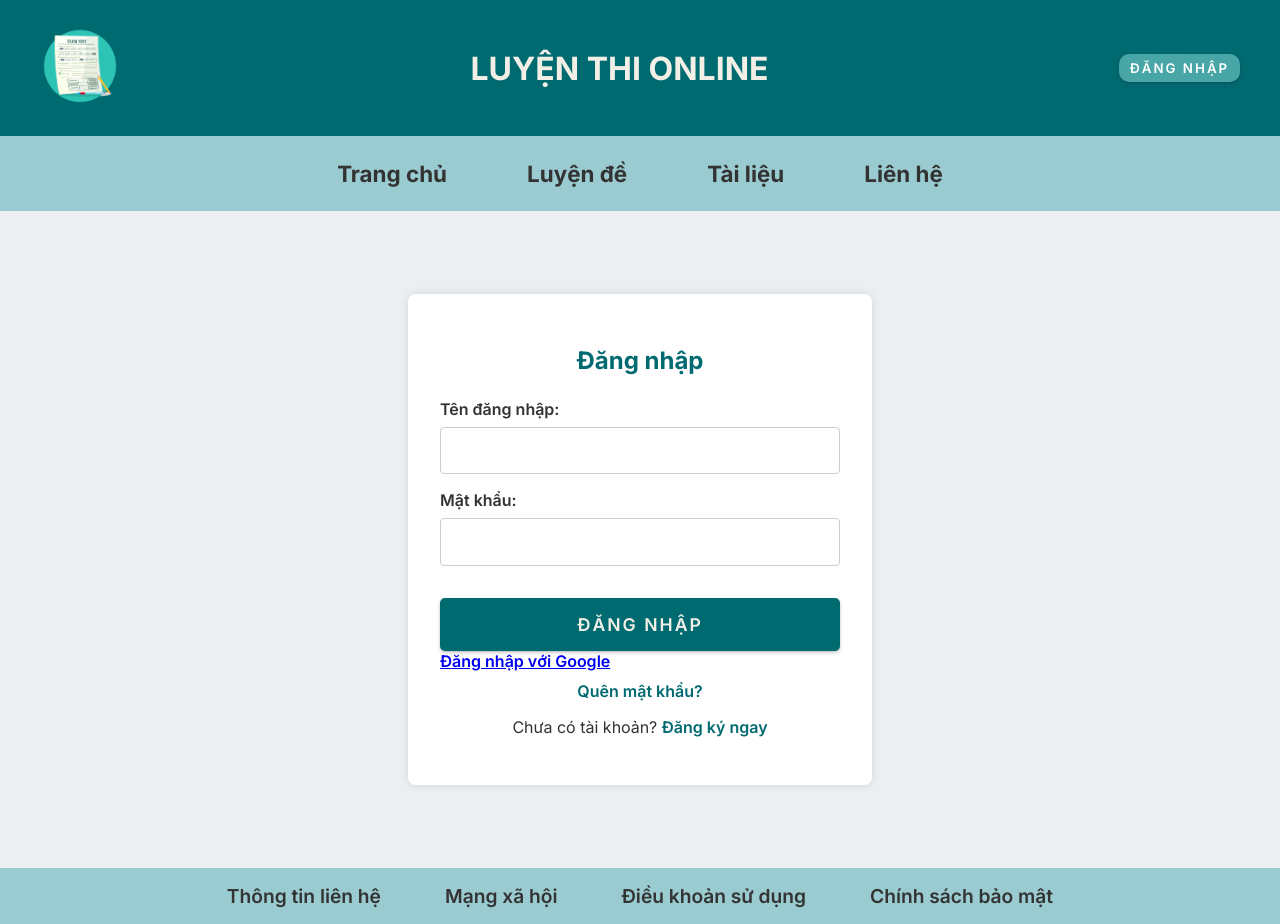
Repository: trgiangday/LapTrinhWeb
Page: http://localhost/login
An editor plug-in stored every save of this project. The page is shown before and after the next save, followed by the edit.
The browser window is 1280 px wide. The pictures show the whole page.
Some web fonts or font styles are not loaded; a fallback is used. The page is served by the project's application, run on Flask 3 (py/main.py). Other server files are loaded and not shown.

Above is the page before, as saved 2025-05-15 15:26:51.

### templates/login.html
<!DOCTYPE html>
<html lang="en">
<head>
    <meta charset="UTF-8">
    <meta name="viewport" content="width=device-width, initial-scale=1.0">
    <title>ĐĂNG NHẬP - LUYỆN THI ONLINE</title>
    <link rel="preconnect" href="https://fonts.googleapis.com">
    <link rel="preconnect" href="https://fonts.gstatic.com" crossorigin>
    <link href="https://fonts.googleapis.com/css2?family=Anton&family=Inter:ital,opsz,wght@0,14..32,100..900;1,14..32,100..900&family=Merriweather:ital,opsz,wght@0,18..144,300..900;1,18..144,300..900&family=Raleway:ital,wght@0,100..900;1,100..900&display=swap" rel="stylesheet">
    <link rel="stylesheet" href="{{ url_for('static', filename='style.css') }}">
</head>
<body>
    <header class="header">
        <div class="header-content">
            <a href="{{ url_for('index') }}"><img src="{{ url_for('static', filename='images/logo.png') }}" alt="web_logo" class="logo"></a>
            <h1 class="inter-700 logo-title" id="logoTitle" data-url="{{ url_for('index') }}">LUYỆN THI ONLINE</h1>
            {% if session['username'] %}
            <div class="user-info" id="userInfo" data-user-url="{{ url_for('user_profile') }}">
                <img src="{{ url_for('static', filename='images/account.png') }}" alt="user_avatar" class="user-avatar">
                <span class="inter-600">{{ session['username'] }}</span>
            </div>
            {% else %}
            <button class="auth-button inter-600 btn redirect-to-auth" data-auth-url="{{ url_for('login') }}">Đăng nhập</button>
            {% endif %}
        </div>
    </header>
    <nav class="nav">
        <ul class="nav-list">
            <li><a href="{{ url_for('index') }}" class="inter-600">Trang chủ</a></li>
            <li><a href="{{ url_for('show_exams_page') }}" class="inter-600">Luyện đề</a></li>
            <li><a href="{{ url_for('document') }}" class="inter-600">Tài liệu</a></li>
            <li><a href="{{ url_for('contact') }}" class="inter-600">Liên hệ</a></li>
        </ul>
    </nav>
    <main class="main main-login">
        <div class="login-container">
            <h2 class="inter-700 login-title">Đăng nhập</h2>
            {% if error %}
            <p class="error">{{ error }}</p>
            {% endif %}
            <form class="login-form" method="post" action="{{ url_for('login') }}">
                <div class="form-group">
                    <label for="username" class="inter-600">Tên đăng nhập:</label>
                    <input type="text" id="username" name="username" class="inter-400 login-input" required>
                </div>
                <div class="form-group">
                    <label for="password" class="inter-600">Mật khẩu:</label>
                    <input type="password" id="password" name="password" class="inter-400 login-input" required>
                </div>
                <button type="submit" class="login-button inter-600 btn login-submit-button">Đăng nhập</button>
            </form>
            <!-- Thêm nút Đăng nhập với Google -->
            <a href="{{ url_for('login_google') }}" class="google-login-button inter-600">Đăng nhập với Google</a>
            <!-- Căn giữa và đồng bộ màu chữ "Quên mật khẩu?" -->
            <p class="forgot-password-link inter-400"><a href="{{ url_for('forgot_password') }}" class="inter-600">Quên mật khẩu?</a></p>
            <p class="inter-400 signup-link">Chưa có tài khoản? <a href="{{ url_for('signup') }}" class="inter-600">Đăng ký ngay</a></p>
        </div>
    </main>
    <footer class="footer">
        <ul class="footer-list">
            <li><a href="{{ url_for('contact') }}" class="inter-600">Thông tin liên hệ</a></li>
            <li><a href="" class="inter-600">Mạng xã hội</a></li>
            <li><a href="" class="inter-600">Điều khoản sử dụng</a></li>
            <li><a href="" class="inter-600">Chính sách bảo mật</a></li>
        </ul>
    </footer>
    <script src="{{ url_for('static', filename='main.js') }}"></script>
</body>
</html>

### static/style.css
html {
    font-size: 16px;
    background-color: #eceff1;
}

body {
    font-family: 'Arial', sans-serif;
    margin: 0;
    padding: 0;
    color: #333;
}

/* Header */
.header {
    background-color: #006A71;
    color: #F2EFE7;
    padding: 1rem 0;
}

.header-content {
    display: flex;
    align-items: center;
    max-width: 1200px;
    margin: 0 auto;
    justify-content: space-between; /* Đẩy logo sang trái và phần tử bên phải sang phải */
    padding: 10px 20px; /* Thêm padding cho đẹp mắt */
}

.logo {
    width: 80px;
    height: auto;
    justify-self: start; /* Căn logo về bên trái */
}

.inter-700 {
    justify-self: center; /* Căn tiêu đề vào giữa */
}

.auth-button {
    background-color: #48A6A7;
    color: #F2EFE7;
    border: none;
    border-radius: 5px;
    padding: 0.25rem 0.55rem !important;
    cursor: pointer;
    justify-self: end; /* Căn button về bên phải */
}

/* Nav */
.nav {
    background-color: #9ACBD0;
    padding: 1.5rem 0;
}

.nav-list {
    list-style: none;
    display: flex;
    justify-content: center;
    margin: 0;
    padding: 0;
}

.nav-list li {
    margin: 0 2.5rem;
}

.nav-list a {
    text-decoration: none;
    color: #333;
    font-size: 1.4rem;
    font-weight: 700;
}

.nav-list a:hover{
    color: #006A71;
}

/* Main */
.main {
    max-width: 1200px;
    margin: 2rem auto;
    padding: 0 1rem;
}

.banner {
    position: relative;
}

.banner img {
    width: 100%;
    height: auto;
}

.banner-content {
    position: absolute;
    top: 60%;
    left: 25%;
    transform: translate(-50%, -50%);
    text-align: center;
    color: #F2EFE7;
    width: 100%;
}

.banner-title {
    font-size: 2.5rem;
    margin-bottom: 1rem;
    color: #006A71;
}

.banner-description {
    font-size: 1rem;
    margin-bottom: 2rem;
    max-width: 40%;
    color: #006A71;
    margin: 0 auto 2rem;
}

.start-button {
    background-color: #006A71;
    color: #F2EFE7;
    border: none;
    padding: 1rem 2rem;
    font-size: 1.2rem;
    border-radius: 5px;
    cursor: pointer;
    position: absolute;
    top: 80%;
    left: 25%;
    transform: translateX(-50%);
}

.intro {
    text-align: left;
    margin-top: 2rem;
}

.intro h2 {
    text-align: center;
}

.explore-button {
    background-color: #006A71;
    color: #F2EFE7;
    border: none;
    padding: 1rem 2rem;
    font-size: 1.2rem;
    border-radius: 5px;
    cursor: pointer;
    margin: 2rem auto 0;
    display: block;
}

/* Footer */
.footer {
    background-color: #9ACBD0;
    padding: 1rem 0;
}

.footer-list {
    list-style: none;
    display: flex;
    justify-content: center;
    margin: 0;
    padding: 0;
}

.footer-list li {
    margin: 0 2rem;
}

.footer-list a {
    text-decoration: none;
    color: #333;
    font-size: 1.2rem;
    font-weight: 600;
}

/* Font Classes */
.anton-regular {
    font-family: "Anton", sans-serif;
    font-weight: 400;
    font-style: normal;
}

.inter-100 { font-family: "Inter", sans-serif; font-optical-sizing: auto; font-weight: 100; font-style: normal; }
.inter-200 { font-family: "Inter", sans-serif; font-optical-sizing: auto; font-weight: 200; font-style: normal; }
.inter-300 { font-family: "Inter", sans-serif; font-optical-sizing: auto; font-weight: 300; font-style: normal; }
.inter-400 { font-family: "Inter", sans-serif; font-optical-sizing: auto; font-weight: 400; font-style: normal; }
.inter-500 { font-family: "Inter", sans-serif; font-optical-sizing: auto; font-weight: 500; font-style: normal; }
.inter-600 { font-family: "Inter", sans-serif; font-optical-sizing: auto; font-weight: 600; font-style: normal; }
.inter-700 { font-family: "Inter", sans-serif; font-optical-sizing: auto; font-weight: 700; font-style: normal; }
.inter-800 { font-family: "Inter", sans-serif; font-optical-sizing: auto; font-weight: 800; font-style: normal; }
.inter-900 { font-family: "Inter", sans-serif; font-optical-sizing: auto; font-weight: 900; font-style: normal; }

.merriweather-300 { font-family: "Merriweather", serif; font-optical-sizing: auto; font-weight: 300; font-style: normal; font-variation-settings: "wdth" 100; }
.merriweather-400 { font-family: "Merriweather", serif; font-optical-sizing: auto; font-weight: 400; font-style: normal; font-variation-settings: "wdth" 100; }
.merriweather-500 { font-family: "Merriweather", serif; font-optical-sizing: auto; font-weight: 500; font-style: normal; font-variation-settings: "wdth" 100; }
.merriweather-600 { font-family: "Merriweather", serif; font-optical-sizing: auto; font-weight: 600; font-style: normal; font-variation-settings: "wdth" 100; }
.merriweather-700 { font-family: "Merriweather", serif; font-optical-sizing: auto; font-weight: 700; font-style: normal; font-variation-settings: "wdth" 100; }
.merriweather-800 { font-family: "Merriweather", serif; font-optical-sizing: auto; font-weight: 800; font-style: normal; font-variation-settings: "wdth" 100; }
.merriweather-900 { font-family: "Merriweather", serif; font-optical-sizing: auto; font-weight: 900; font-style: normal; font-variation-settings: "wdth" 100; }

.raleway-100 { font-family: "Raleway", sans-serif; font-optical-sizing: auto; font-weight: 100; font-style: normal; }
.raleway-200 { font-family: "Raleway", sans-serif; font-optical-sizing: auto; font-weight: 200; font-style: normal; }
.raleway-300 { font-family: "Raleway", sans-serif; font-optical-sizing: auto; font-weight: 300; font-style: normal; }
.raleway-400 { font-family: "Raleway", sans-serif; font-optical-sizing: auto; font-weight: 400; font-style: normal; }
.raleway-500 { font-family: "Raleway", sans-serif; font-optical-sizing: auto; font-weight: 500; font-style: normal; }
.raleway-600 { font-family: "Raleway", sans-serif; font-optical-sizing: auto; font-weight: 600; font-style: normal; }
.raleway-700 { font-family: "Raleway", sans-serif; font-optical-sizing: auto; font-weight: 700; font-style: normal; }
.raleway-800 { font-family: "Raleway", sans-serif; font-optical-sizing: auto; font-weight: 800; font-style: normal; }
.raleway-900 { font-family: "Raleway", sans-serif; font-optical-sizing: auto; font-weight: 900; font-style: normal; }

/* From Uiverse.io by Shakil-Babu */
.btn {
    background-color: #48A6A7;
    padding: 10px 15px;
    color: #fff;
    text-transform: uppercase;
    letter-spacing: 2px;
    cursor: pointer;
    border-radius: 10px;
    border: 2px dashed #48A6A7;
    box-shadow: rgba(50, 50, 93, 0.25) 0px 2px 5px -1px, rgba(0, 0, 0, 0.3) 0px 1px 3px -1px;
    transition: .4s;
}

.btn span:last-child {
    display: none;
}

.btn:hover {
    transition: .4s;
    border: 2px dashed #48A6A7;
    background-color: #fff;
    color: #48A6A7;
}

.btn:active {
    background-color: #9ACBD0;
}
/* Main - Login Page */
.main-login {
    display: flex;
    justify-content: center;
    align-items: center;
    padding: 2rem;
    min-height: calc(100vh - (/* height của header */ 60px + /* height của nav */ 71px + /* height của footer */ 60px)); /* Đảm bảo hiển thị đầy đủ chiều cao */
}

.login-container {
    background-color: #fff;
    padding: 2rem;
    border-radius: 8px;
    box-shadow: 0 0 10px rgba(0, 0, 0, 0.1);
    width: 400px;
    max-width: 100%;
}

.login-title {
    text-align: center;
    margin-bottom: 1.5rem;
    color: #006A71;
}

.login-form {
    display: flex;
    flex-direction: column;
}

.form-group {
    margin-bottom: 1rem;
}

.form-group label {
    display: block;
    margin-bottom: 0.5rem;
    font-weight: 600;
}

.login-input {
    padding: 0.8rem;
    border: 1px solid #ccc;
    border-radius: 4px;
    font-size: 1rem;
    width: 100%;
    box-sizing: border-box;
}

.login-submit-button {
    background-color: #006A71;
    color: #F2EFE7;
    border: none;
    padding: 1rem;
    border-radius: 5px;
    cursor: pointer;
    font-size: 1.1rem;
    transition: background-color 0.3s ease;
    margin-top: 1rem;
}

.login-submit-button:hover {
    background-color: #005663;
}

.signup-link {
    text-align: center;
    margin-top: 1rem;
}

.signup-link a {
    color: #006A71;
    text-decoration: none;
    font-weight: 600;
}

.signup-link a:hover {
    text-decoration: underline;
}

/* Main - Signup Page */
.main-signup {
    display: flex;
    justify-content: center;
    align-items: center;
    padding: 2rem;
    min-height: calc(100vh - (/* height của header */ 60px + /* height của nav */ 71px + /* height của footer */ 60px)); /* Đảm bảo hiển thị đầy đủ chiều cao */
}

.signup-container {
    background-color: #fff;
    padding: 2rem;
    border-radius: 8px;
    box-shadow: 0 0 10px rgba(0, 0, 0, 0.1);
    width: 500px; /* Tăng kích thước container cho nhiều trường hơn */
    max-width: 100%;
}

.signup-title {
    text-align: center;
    margin-bottom: 1.5rem;
    color: #006A71;
}

/* Thêm phong cách cho dòng Quên mật khẩu */
.forgot-password-link {
    text-align: center; /* Căn giữa */
    margin-top: 10px; /* Khoảng cách phía trên */
    margin-bottom: 10px; /* Khoảng cách phía dưới */
    color: #333; /* Màu chữ chính */
}

.forgot-password-link a {
    color: #006A71; /* Màu chữ giống Đăng ký ngay */
    text-decoration: none; /* Bỏ gạch chân */
}

.forgot-password-link a:hover {
    text-decoration: underline; /* Hiệu ứng hover giống Đăng ký ngay */
}

.signup-form {
    display: flex;
    flex-direction: column;
}

.form-group {
    margin-bottom: 1rem;
}

.form-group label {
    display: block;
    margin-bottom: 0.5rem;
    font-weight: 600;
}

.signup-input {
    padding: 0.8rem;
    border: 1px solid #ccc;
    border-radius: 4px;
    font-size: 1rem;
    width: 100%;
    box-sizing: border-box;
}

.signup-submit-button {
    background-color: #006A71;
    color: #F2EFE7;
    border: none;
    padding: 1rem;
    border-radius: 5px;
    cursor: pointer;
    font-size: 1.1rem;
    transition: background-color 0.3s ease;
    margin-top: 1rem;
}

.signup-submit-button:hover {
    background-color: #005663;
}

.login-link {
    text-align: center;
    margin-top: 1rem;
}

.login-link a {
    color: #006A71;
    text-decoration: none;
    font-weight: 600;
}

.login-link a:hover {
    text-decoration: underline;
}

.update-button {
    display: inline-block;
    padding: 10px 20px;
    background-color: #006A71; /* Màu tương tự nút khác */
    color: white;
    text-decoration: none;
    border-radius: 5px;
    margin-top: 10px;
}
.update-button:hover {
    background-color: #004d4d; /* Hiệu ứng hover */
}

.images_container {
    display: flex; /* Sắp xếp các phần tử con (hai ảnh) theo hàng ngang */
    justify-content: center; /* Căn giữa các ảnh theo chiều ngang */
    align-items: center; /* Căn giữa các ảnh theo chiều dọc (nếu cần) */
    gap: 20px; /* Tạo khoảng cách giữa hai ảnh (tùy chỉnh giá trị) */
    margin-top: 20px; /* Thêm khoảng cách phía trên container ảnh (tùy chỉnh) */
    margin-bottom: 20px; /* Thêm khoảng cách phía dưới container ảnh (tùy chỉnh) */
    width: 100%; /* Đảm bảo container chiếm toàn bộ chiều rộng của phần tử cha */
}

.images_container img {
    max-width: 45%; /* Đặt chiều rộng tối đa cho mỗi ảnh (tùy chỉnh tỷ lệ) */
    height: auto; /* Duy trì tỷ lệ khung hình của ảnh */
    border-radius: 8px; /* Bo tròn góc ảnh (tùy chọn) */
    box-shadow: 0 2px 5px rgba(0, 0, 0, 0.1); /* Thêm hiệu ứng bóng đổ (tùy chọn) */
}

/* Main - Contact Page */
.main-contact {
    display: flex;
    justify-content: center;
    align-items: center;
    padding: 2rem;
    min-height: calc(100vh - (/* height của header */ 60px + /* height của nav */ 71px + /* height của footer */ 60px)); /* Đảm bảo hiển thị đầy đủ chiều cao */
    background-color: #f9f9f9; /* Màu nền khác biệt (tùy chọn) */
}

.contact-container {
    background-color: #fff;
    padding: 30px;
    border-radius: 8px;
    box-shadow: 0 0 10px rgba(0, 0, 0, 0.1);
    width: 600px;
    max-width: 95%;
}

.contact-title {
    text-align: center;
    margin-bottom: 2rem;
    color: #006A71;
}

.contact-intro {
    text-align: center;
    margin-bottom: 2rem;
    color: #555;
}

.company-info {
    margin-bottom: 2rem;
    padding: 15px;
    border-radius: 5px;
}

.company-info h3 {
    margin-top: 0;
    margin-bottom: 1rem;
    color: #006A71;
}

.company-info p {
    margin-bottom: 1rem;
    line-height: 1.6;
}

.company-images {
    display: flex; /* Sắp xếp ảnh theo hàng ngang */
    gap: 15px; /* Khoảng cách giữa các ảnh */
    margin-top: 1rem;
}

.company-images img {
    max-width: 50%; /* Mỗi ảnh chiếm tối đa 50% chiều rộng container */
    height: auto;
    border-radius: 5px; /* Bo tròn góc ảnh (tùy chọn) */
    box-shadow: 0 1px 3px rgba(0, 0, 0, 0.1); /* Hiệu ứng bóng đổ nhẹ (tùy chọn) */
}

.contact-details {
    margin-bottom: 2rem;
    padding: 15px;
    border-radius: 5px;
}

.contact-details h3 {
    margin-top: 0;
    margin-bottom: 1rem;
    color: #006A71;
}

.contact-details p {
    margin-bottom: 0.5rem;
}

.main-tai-lieu {
    display: flex;
    flex-wrap: wrap;
    gap: 20px; /* Khoảng cách giữa các div */
    padding: 20px;
}

.main-tai-lieu-item {
    width: calc(33.33% - 20px); /* Chiếm 1/3 trừ khoảng cách */
    border: 1px solid #ccc;
    padding: 15px;
    box-sizing: border-box;
    text-align: center;
}

.main-tai-lieu-item h2 {
    font-size: 1.2rem;
    margin-bottom: 10px;
    font-family: 'Inter', sans-serif;
    font-weight: 600;
}

.main-tai-lieu-item img {
    max-width: 100%;
    height: auto;
    margin-bottom: 10px;
    border: 1px solid #eee;
}

/* Responsive cho màn hình nhỏ hơn */
@media (max-width: 768px) {
    .main-tai-lieu-item {
        width: calc(50% - 20px); /* Chiếm 1/2 */
    }
}

@media (max-width: 480px) {
    .main-tai-lieu-item {
        width: 100%; /* Chiếm toàn bộ chiều rộng */
    }
}

.show-password {
    margin-top: 5px;
    margin-bottom: 10px;
    display: flex;
    align-items: center;
}

.show-password input[type="checkbox"] {
    margin-right: 5px;
}

.alert {
    padding: 10px;
    margin-bottom: 15px;
    border-radius: 5px;
}

.alert-success {
    background-color: #d4edda;
    color: #155724;
    border: 1px solid #c3e6cb;
}

.alert-error {
    background-color: #f8d7da;
    color: #721c24;
    border: 1px solid #f5c6cb;
}

/* test */

.header-content {
    display: flex;
    justify-content: space-between; /* Đẩy logo sang trái và phần tử bên phải sang phải */
    align-items: center; /* Căn chỉnh các phần tử theo chiều dọc */
    padding: 10px 20px; /* Thêm padding cho đẹp mắt */
}

.user-info {
    display: flex;
    align-items: center; /* Căn chỉnh avatar và username theo chiều dọc */
}

.user-avatar {
    width: 30px;
    height: 30px;
    border-radius: 50%; /* Tạo hình tròn cho avatar (tùy chọn) */
    margin-right: 10px; /* Khoảng cách giữa avatar và username */
}

.main-user {
    display: flex;
    flex-direction: column;
    align-items: center;
    padding: 20px;
}

.user-profile-container {
    background-color: #f9f9f9;
    border: 1px solid #ddd;
    padding: 30px;
    border-radius: 8px;
    width: 80%;
    max-width: 600px;
    text-align: center;
}

.user-profile-title {
    font-size: 2em;
    margin-bottom: 20px;
    color: #333;
}

.user-info-item {
    margin-bottom: 15px;
    text-align: left;
}

.user-info-label {
    font-weight: bold;
    color: #555;
    margin-right: 10px;
}

.logout-button {
    margin-top: 30px;
    padding: 10px 20px;
    background-color: #dc3545;
    color: white;
    border: none;
    border-radius: 5px;
    cursor: pointer;
    font-size: 1em;
    transition: background-color 0.3s ease;
}

.logout-button:hover {
    background-color: #c82333;
}

Loaded but not shown: static/main.js (59 lines, source omitted); py/main.py (727 lines, source omitted)

After the next save:
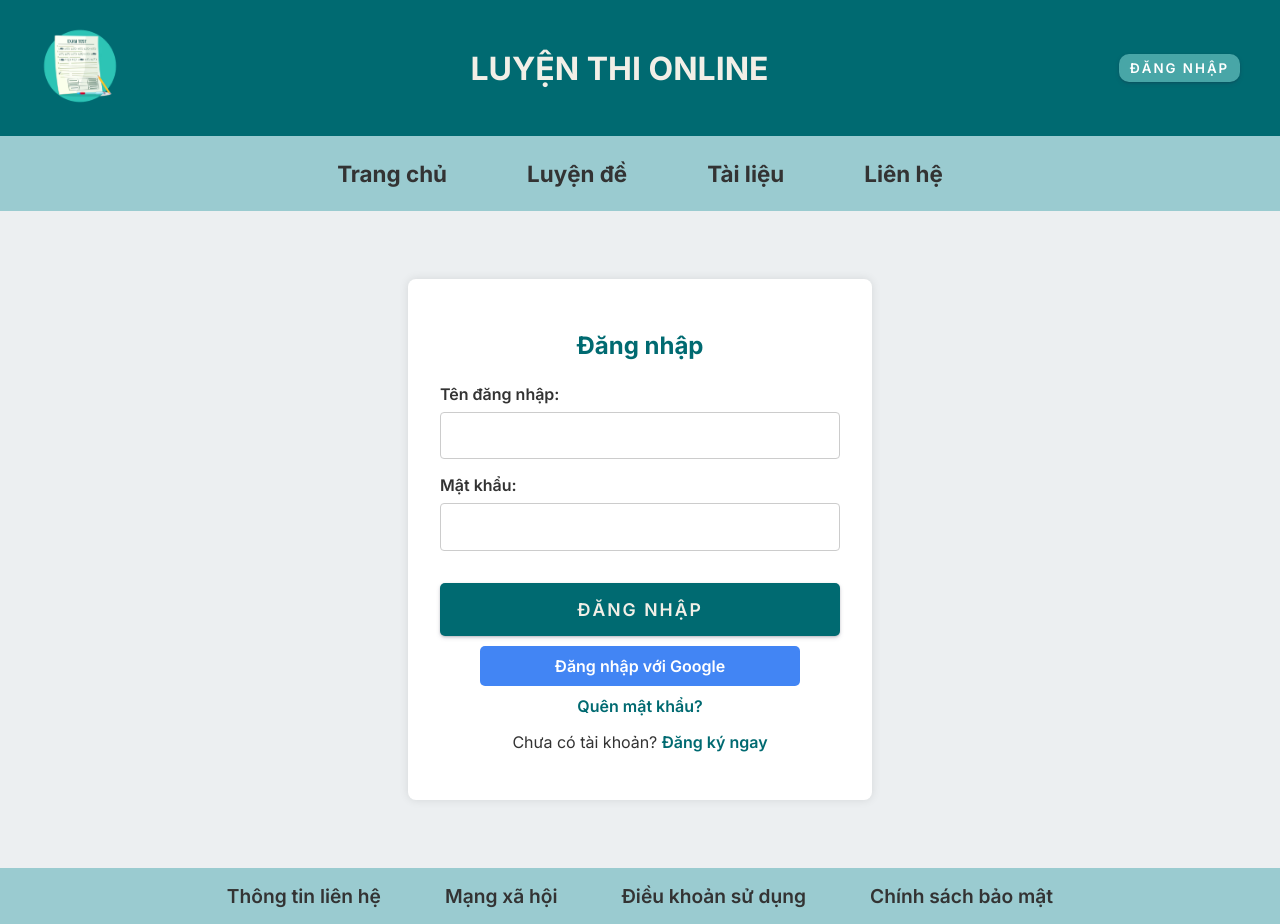
Saved 39 s later.
--- a/static/style.css
+++ b/static/style.css
@@ -661,3 +661,22 @@ body {
 .logout-button:hover {
     background-color: #c82333;
 }
+
+/* Phong cách cho nút Đăng nhập với Google */
+.google-login-button {
+    display: block;
+    width: 100%;
+    max-width: 300px; /* Giữ đồng bộ với nút Đăng nhập */
+    margin: 10px auto;
+    padding: 10px;
+    background-color: #4285F4; /* Màu xanh của Google */
+    color: white;
+    text-align: center;
+    text-decoration: none;
+    border-radius: 5px;
+    font-size: 16px;
+}
+
+.google-login-button:hover {
+    background-color: #3267D6; /* Hiệu ứng hover */
+}
